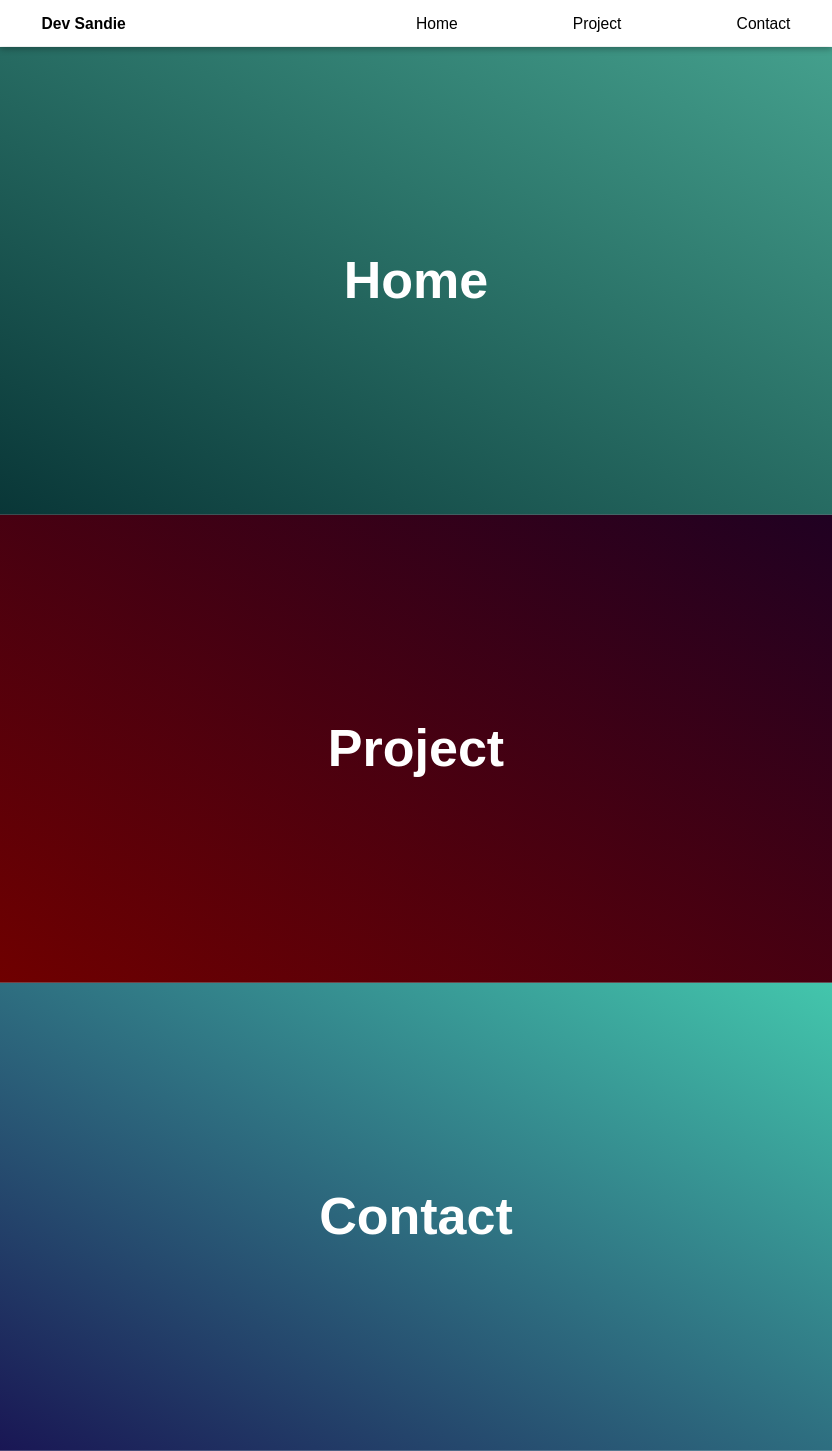
Repository: iphyokafor/fluid-navbar
Page: index.html
These files come from the project's save history. The page is drawn as it stood at one moment and after the next save; the edit follows.
The browser window is 1280 px wide. The pictures show the whole page, at 65% of full size.

Above is the page before, as saved 2020-01-07 08:57:16.
Console error: TypeError: Cannot read properties of null (reading 'style')

After the next save:
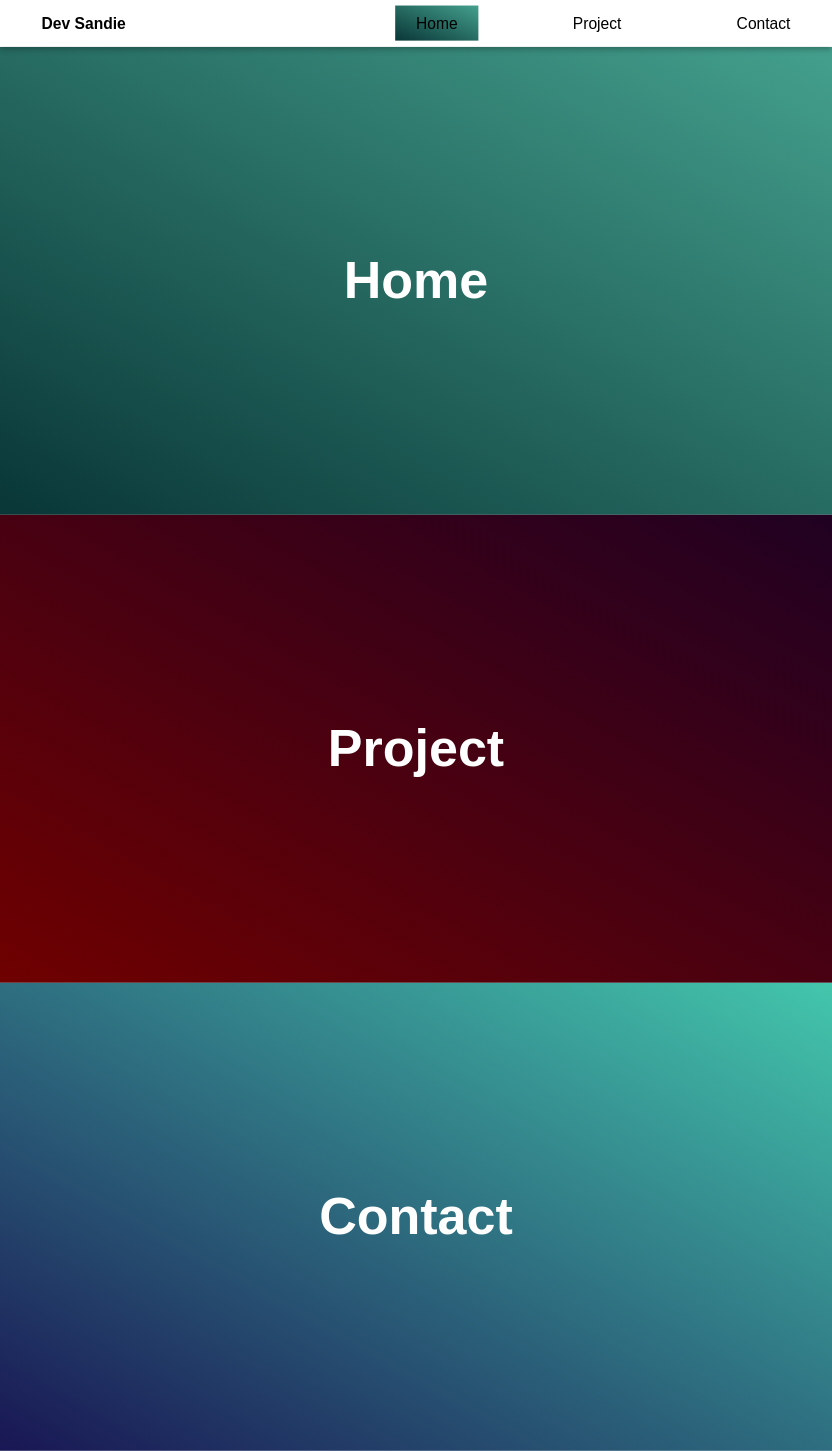
The error is gone.
Saved 70 min 53 s later.
--- a/app.js
+++ b/app.js
@@ -1,5 +1,5 @@
 const sections = document.querySelectorAll('section');
-const bubble = document.querySelector('bubble');
+const bubble = document.querySelector('.bubble');
 const gradients = [
     "linear-gradient(to right top, #093637, #44A08D)",
     "linear-gradient(to right top, #6f0000, #200122)",
